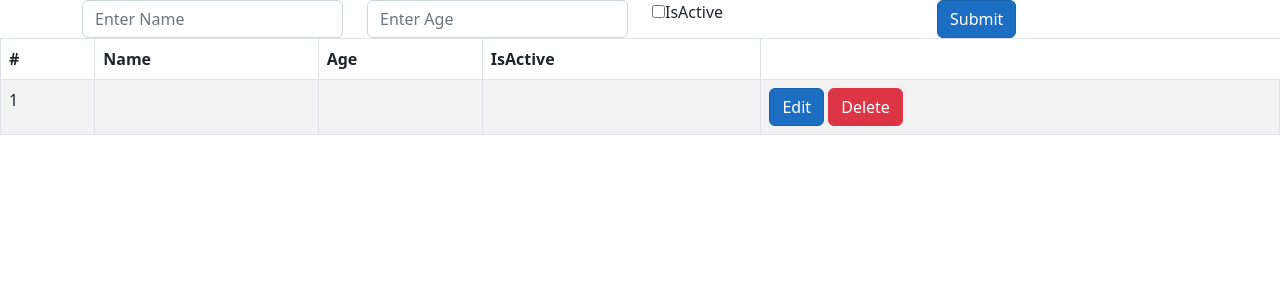
Repository: huiyyee/sample-crud
Page: / (app in sample-crud/ClientApp/)
These files come from the project's save history. The page is drawn as it stood at one moment and after the next save; the edit follows.
The browser window is 1280 px wide. The pictures show the whole page.
The page's requests for data from a server got no answer. The project was rebuilt for these pictures with package versions that can differ from the ones it lists, and the page was loaded fresh each time. No one was signed in, and anything a server would have sent is missing.

Above is the page before, as saved 2024-09-23 01:13:13.

After the next save:
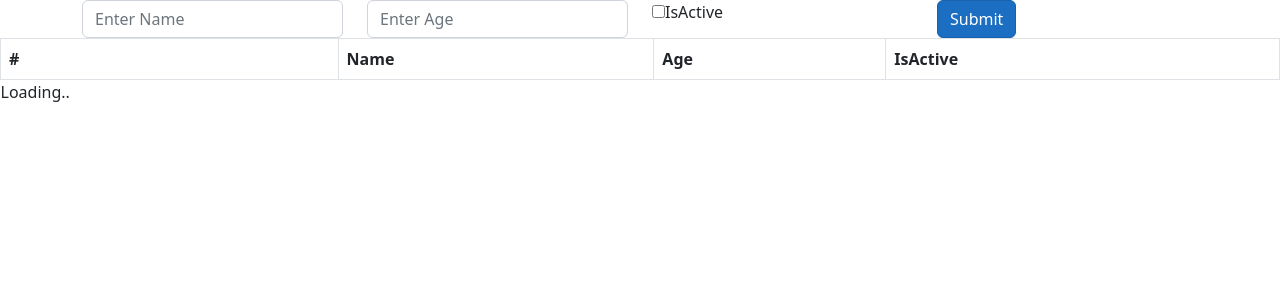
Saved 7 s later.
--- a/sample-crud/ClientApp/src/CRUD.js
+++ b/sample-crud/ClientApp/src/CRUD.js
@@ -43,7 +43,7 @@ const CRUD = () => {
 		}
 	]
 
-	const [data, setData] = useState([{}]);
+	const [data, setData] = useState([]);
 
 	useEffect(() => {
 		getData();
